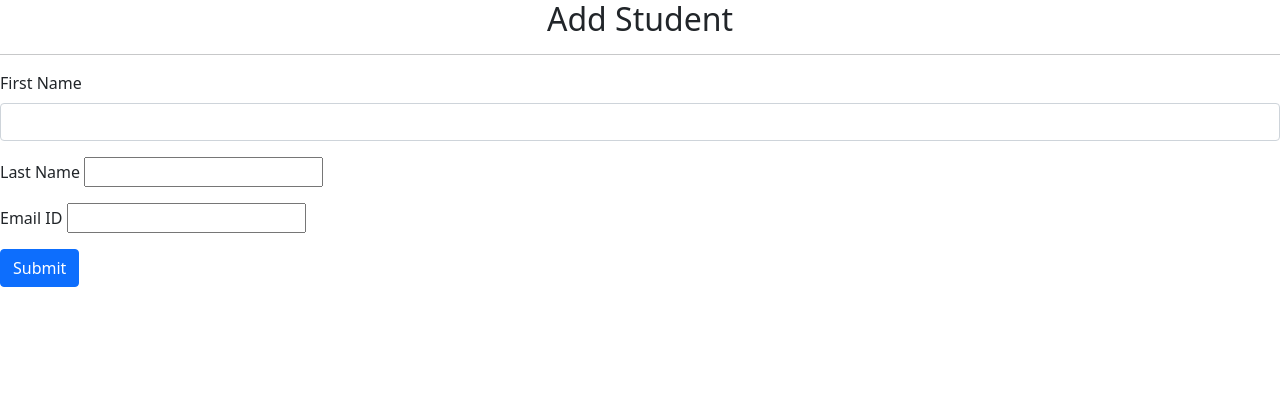
Repository: SuyashAwasthy/Javaee
Page: http://localhost/11-student-mvc-db/add-student.jsp
An editor plug-in stored every save of this project. The page is shown before and after the next save, followed by the edit.
The browser window is 1280 px wide. The pictures show the whole page.
The page is served by Tomcat 9. Other server files are loaded and not shown.

Above is the page before, as saved 2024-07-17 10:28:50.

### 11-student-mvc-db/WebContent/add-student.jsp
<%@ page language="java" contentType="text/html; charset=ISO-8859-1"
	pageEncoding="ISO-8859-1"%>
<link
	href="https://cdn.jsdelivr.net/npm/bootstrap@5.0.2/dist/css/bootstrap.min.css"
	rel="stylesheet"
	integrity="sha384-EVSTQN3/azprG1Anm3QDgpJLIm9Nao0Yz1ztcQTwFspd3yD65VohhpuuCOmLASjC"
	crossorigin="anonymous">
<script
	src="https://cdn.jsdelivr.net/npm/bootstrap@5.0.2/dist/js/bootstrap.bundle.min.js"
	integrity="sha384-MrcW6ZMFYlzcLA8Nl+NtUVF0sA7MsXsP1UyJoMp4YLEuNSfAP+JcXn/tWtIaxVXM"
	crossorigin="anonymous"></script>
<meta charset="ISO-8859-1">
<!DOCTYPE html>
<html>
<head>
<meta charset="ISO-8859-1">
<title>Add Student</title>
</head>
<body>
	<div class="container">
		<div class="text-center">
			<p class="h2">Add Student</p>
		</div>
	</div>
	<hr>
	<form action="StudentController">
	<intput type="hidden" name="command" value="add"/>
		<div class="mb-3">
			<label for="first_name" class="form-label">First Name</label>
			<input type="text" class="form-control" id="first_name" name="first_name">
		</div>
		<div class="mb-3">
			<label for="last_name">Last Name</label>
			<input type="text" name="last_name"id="last_name">
		</div>
		<div class="mb-3">
			<label for="email">Email ID</label>
			<input type="email" name="last_name" id="email">
		</div>
		<button type="submit" class="btn btn-primary">Submit</button>
	</form>

</body>
</html>

After the next save:
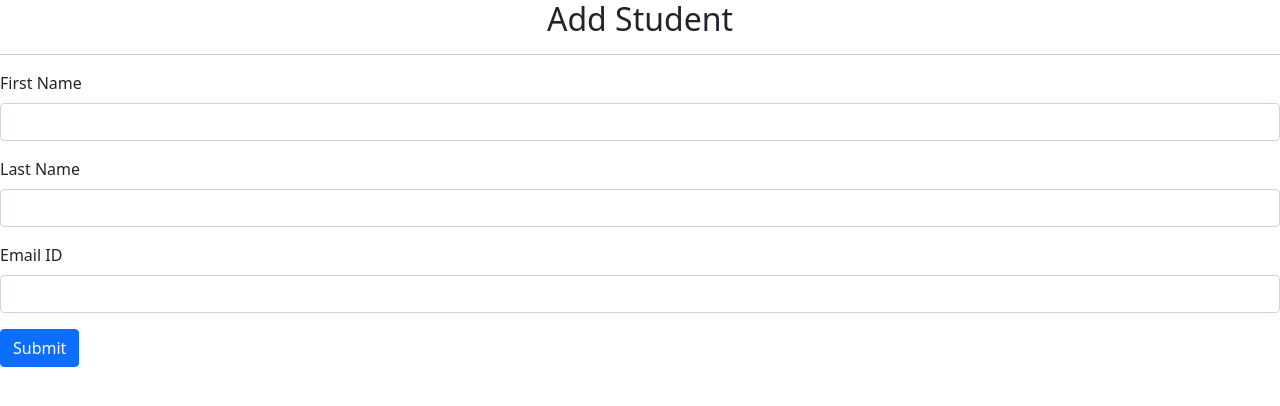
Saved 2 min 59 s later.
--- a/11-student-mvc-db/WebContent/add-student.jsp
+++ b/11-student-mvc-db/WebContent/add-student.jsp
@@ -30,12 +30,12 @@
 			<input type="text" class="form-control" id="first_name" name="first_name">
 		</div>
 		<div class="mb-3">
-			<label for="last_name">Last Name</label>
-			<input type="text" name="last_name"id="last_name">
+			<label for="last_name" class="form-label">Last Name</label>
+			<input type="text" class="form-control" id="last_name" name="last_name">
 		</div>
 		<div class="mb-3">
-			<label for="email">Email ID</label>
-			<input type="email" name="last_name" id="email">
+			<label for="email" class="form-label">Email ID</label>
+			<input type="email" class="form-control" name="email" id="email">
 		</div>
 		<button type="submit" class="btn btn-primary">Submit</button>
 	</form>
